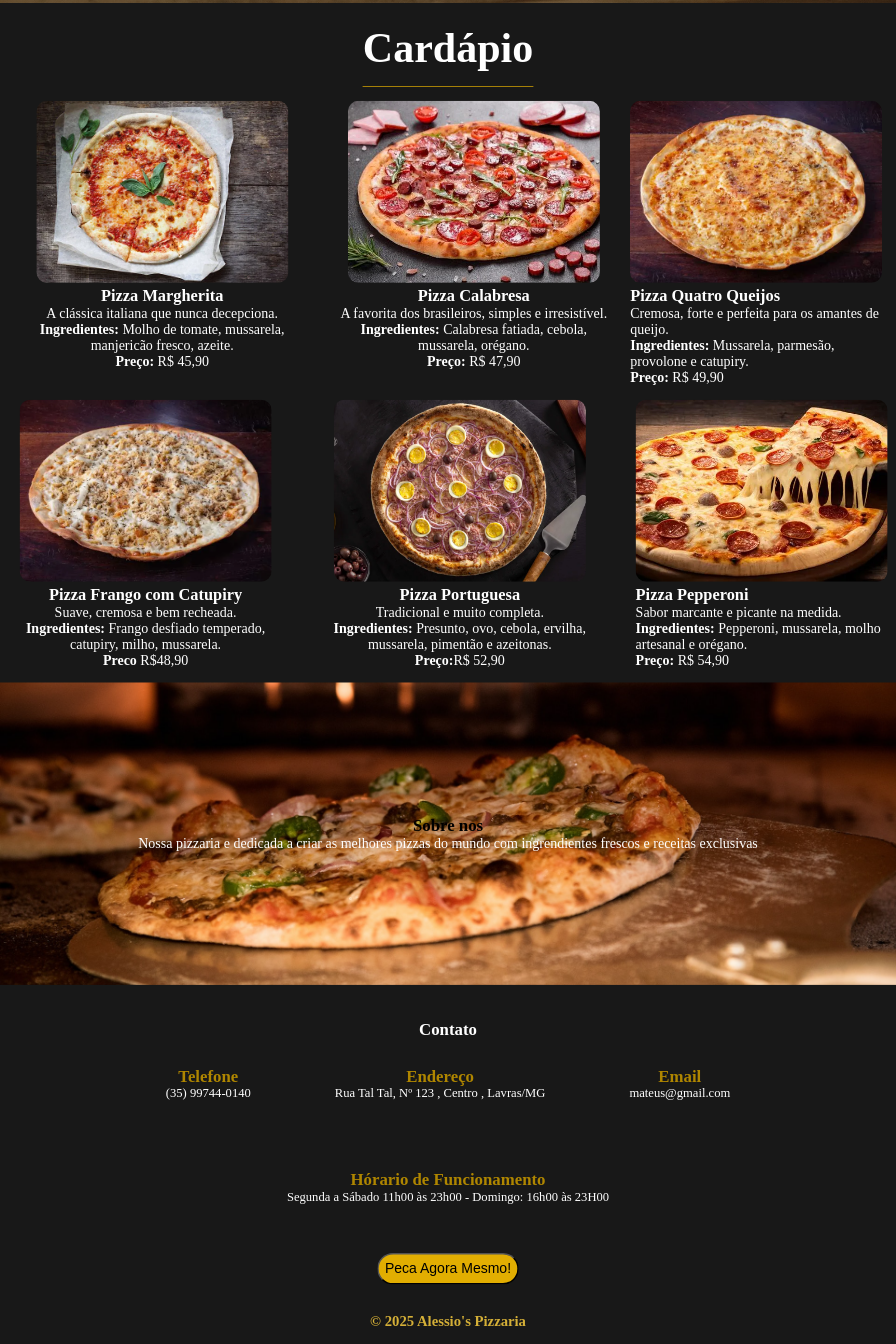
Repository: Mateushlp/landing-page-pizza
Page: index.html
The author's editor kept a copy of each file at every save. The page is drawn from the files as they stood at one save, then again after a run of saves.
The browser window is 1280 px wide. The pictures show the part of the page from y = 980 to 2900 px (the page is 2900 px tall), at 70% of full size.

Above is the page before, as saved 2026-05-03 11:33:31.

### index.html
<!DOCTYPE html>
<html lang="en">
<head>
    <meta charset="UTF-8">
    <meta name="viewport" content="width=device-width, initial-scale=1.0">
    <link rel="stylesheet" href="style.css">
    <title>Document</title>
</head>
<body>
    <header>
        <nav>
            <ul>
                <li> <a href="http://"> Home</li></a>
                <li> <a href="http://">Cardapio</li></a>
                <li> <a href="http://">Sobre Nos</li></a>
                <li> <a href="http://">Contato</li></a>
            </ul>
        </nav>
    </header>

    <section class="inicio">
        <div class="texto">
        <h1>Bem vindo à Alessio's</h1>
        <p>Saborosas pizzas feitas </p>
        <button class="btn1">Ver Cardapio</button>
        </div>
    </section>

    <section class="cardapio">
        <h2 class="cardapio1">Cardápio</h2>
    </section>

    <div class="prato">
        <div class="pratos1">
            <img src="./img/margherita-pizza.jpg" alt="">
            <h3>Pizza Margherita</h3>
            <p> A clássica italiana que nunca decepciona. <br>
          <strong>Ingredientes:</strong>  Molho de tomate, mussarela, manjericão fresco, azeite. <br>
        <strong>Preço:</strong> R$ 45,90
    </p>
        </div>
            <div class="pratos2">
                <img src="./img/3140217-pizza-calabresa.jpg" alt="">
                <h3>Pizza Calabresa</h3>
                <p>A favorita dos brasileiros, simples e irresistível. <br>
                <strong>Ingredientes:</strong> Calabresa fatiada, cebola, mussarela, orégano. <br>
                    <strong>Preço:</strong> R$ 47,90
            </p>
            </div>
                <div class="pratos3">
                    <img src="./img/Quatro-Queijos.jpg" alt="">
                    <h3>Pizza Quatro Queijos</h3>
                    <p>Cremosa, forte e perfeita para os amantes de queijo. <br>
                    <strong>Ingredientes:</strong>  Mussarela, parmesão, provolone e catupiry. <br>
                        <strong>Preço: </strong>R$ 49,90
                </p>
                </div>
                </div>

                <div class="prato2">
                <div class="pratos1">
                    <img src="./img/Frango-com-Catupiry-2.jpg" alt="">
                    <h3>Pizza Frango com Catupiry</h3>
                    <p>Suave, cremosa e bem recheada. <br>
                   <strong>Ingredientes:</strong> Frango desfiado temperado, catupiry, milho, mussarela. <br>
                   <strong>Preco </strong> R$48,90
                </p>
                </div>
                <div class="pratos2">
                    <img src="./img/pizza-portuguesa.jpg" alt="">
                    <h3>Pizza Portuguesa</h3>
                    <p>Tradicional e muito completa. <br>
                   <strong>Ingredientes:</strong>  Presunto, ovo, cebola, ervilha, mussarela, pimentão e azeitonas. <br>
                    <strong>Preço:</strong>R$ 52,90
                </p>
                </div>
                <div class="pratos3">
                    <img src="./img/the-pepperoni-pizza-and-a-piece-of-streched-cheese-pizza-with-ai-generated-free-photo.jpg" alt="">
                    <h3>Pizza Pepperoni</h3>
                    <p>Sabor marcante e picante na medida. <br>
                  <strong>Ingredientes:</strong>   Pepperoni, mussarela, molho artesanal e orégano. <br>
                <strong>Preço:</strong> R$ 54,90</p>

                </div>
                </div>
                </div>




    <section class="sobre">
        <div class="sobre1">
        <h2>Sobre nos</h2>
        <p>Nossa pizzaria e dedicada a criar as melhores pizzas do mundo com ingrendientes frescos e receitas exclusivas</p>
    </div>
    </section>

<section id="contato" class="contato">
    <h2>Contato</h2>

    <div class="contato-info">
        <div class="box">
            <h3>Telefone</h3>
            <p>(35) 99744-0140</p>
        </div>

        <div class="box">
            <h3>Endereço</h3>
            <p>Rua Tal Tal, Nº 123 , Centro , Lavras/MG</p>
        </div>

        <div class="box">
            <h3>Email</h3>
            <p>mateus@gmail.com</p>
        </div>
            <div class="box">
                <h3>Hórario de Funcionamento</h3>
                <p>Segunda a Sábado 11h00 às 23h00 - Domingo: 16h00 às 23H00</p>
            </div>
    </div>
</section>
        <div class="pedir">
        <button class="btn2">Peca Agora Mesmo!</button>
        </div>


    <footer>
        <h2>&copy; 2025 Alessio's Pizzaria</h2>
    </footer>

</body>
</html>

### style.css
*{
    margin:0;
    padding: 0;
    box-sizing: border-box;
}
body{
    background-color: #181818;

}

nav ul {
    display: flex;
    gap: 25px;
    list-style: none;
    justify-content: center;
    font-size: 25px;
    padding: 10px;
     background: linear-gradient(to bottom, rgb(00, 0, 0), rgba(0,0,0,0.9));
}

nav ul a{
    text-decoration: none;
    color: #fff;
    margin-top: 10px;
}

nav ul a:hover{
    border-radius: 20px;
    background-color: #00000;
    color: #af8600;
}

.inicio{
     background:
        linear-gradient(rgba(0,0,0,0.5), rgba(0,0,0,0.5)),
        url(./img/background-meio.jpg);
    background-size: cover;
    background-position: center;
    height: 130vh;
}

.texto{
    display: flex;
    flex-direction: column;
    align-items: center;
    color: #fff;
    padding-top: 7%;
    padding-left: 6%;
    font-size: 40px;
}
.texto p{
    font-family: 'Lucida Sans', 'Lucida Sans Regular', 'Lucida Grande', 'Lucida Sans Unicode', Geneva, Verdana, sans-serif;
    font-size: 30px;

}
.btn1{
 background-color: #e2ae01;
 border-radius: 20px;
 font-size: 20px;
 margin-top: 30px;
 padding: 9px;
 cursor:pointer;
}
.btn1:hover{
background-color:#181818;
color: #e2ae01;
}
.cardapio{
    text-align: center;
    padding: 10px;
    font-size: 40px;
    color:#fff;
}
.cardapio1{
    display: inline-block;
    border-bottom: 1px solid #e2ae01;
    padding-top: 20px;
    padding-bottom:20px
}
.prato{
    margin: 10px;
    display: flex;
    gap: 30px;
    font-size: 20px;
    margin-bottom: 20px;
    color:#fff;
}

.prato2{
    margin: 10px;
    display: flex;
    gap: 30px;
    font-size: 20px;
    margin-bottom: 20px;
    color:#fff;
}


.prato img,
.prato2 img {
    width: 50vh;
    height: 260px;
    object-fit: cover;
    border-radius: 15px;

}
.pratos1,
.pratos2 {
    border-radius:20px
    width: 35%;
    text-align: center;
}

.sobre{
    background-image: url(./img/background.jpg);
    background-size: cover;
    background-position: center;
    height: 60vh; /* AUMENTE a altura */
    display: flex;
    flex-direction: column;
    justify-content: center; /* deixa no meio certinho */
    align-items: center;
    text-align: center;
}
}
.sobre1{
    display: flex;
    align-items: center;
    padding-top: 40px;
    font-size: 30px;
    flex-direction: column;
    color: #fff;
}
.sobre1 p{
    font-size: 20px;
    color:#fff;
}

.contato {
    padding: 50px 0;
    text-align: center;
    color:#fff;
}

.contato-info {
    display: flex;
    justify-content: center;
    gap: 60px;
    margin-top: 20px;
    flex-wrap: wrap;
    color:#fff;
}

.contato-info .box {

    padding: 20px 30px;
    border-radius: 15px;
    color:#fff;

}

.contato-info h3 {
    font-size: 24px;
    color: #af8600;

}

.contato-info p {
    font-size: 18px;
    color:#fff;
}

.pedir{
    display: flex;
    justify-content: center;
    align-items: center;
    text-align: center;
}
.btn2{
     background-color: #e2ae01;
 border-radius: 30px;
 font-size: 20px;
 margin-bottom: 20px;
 padding: 9px;
 cursor:pointer;

}
footer{
      background-color: #181818;
      color: #d4af37;
  text-align: center;
  padding: 20px;
  font-size: 14px;
}

After the next 2 saves:
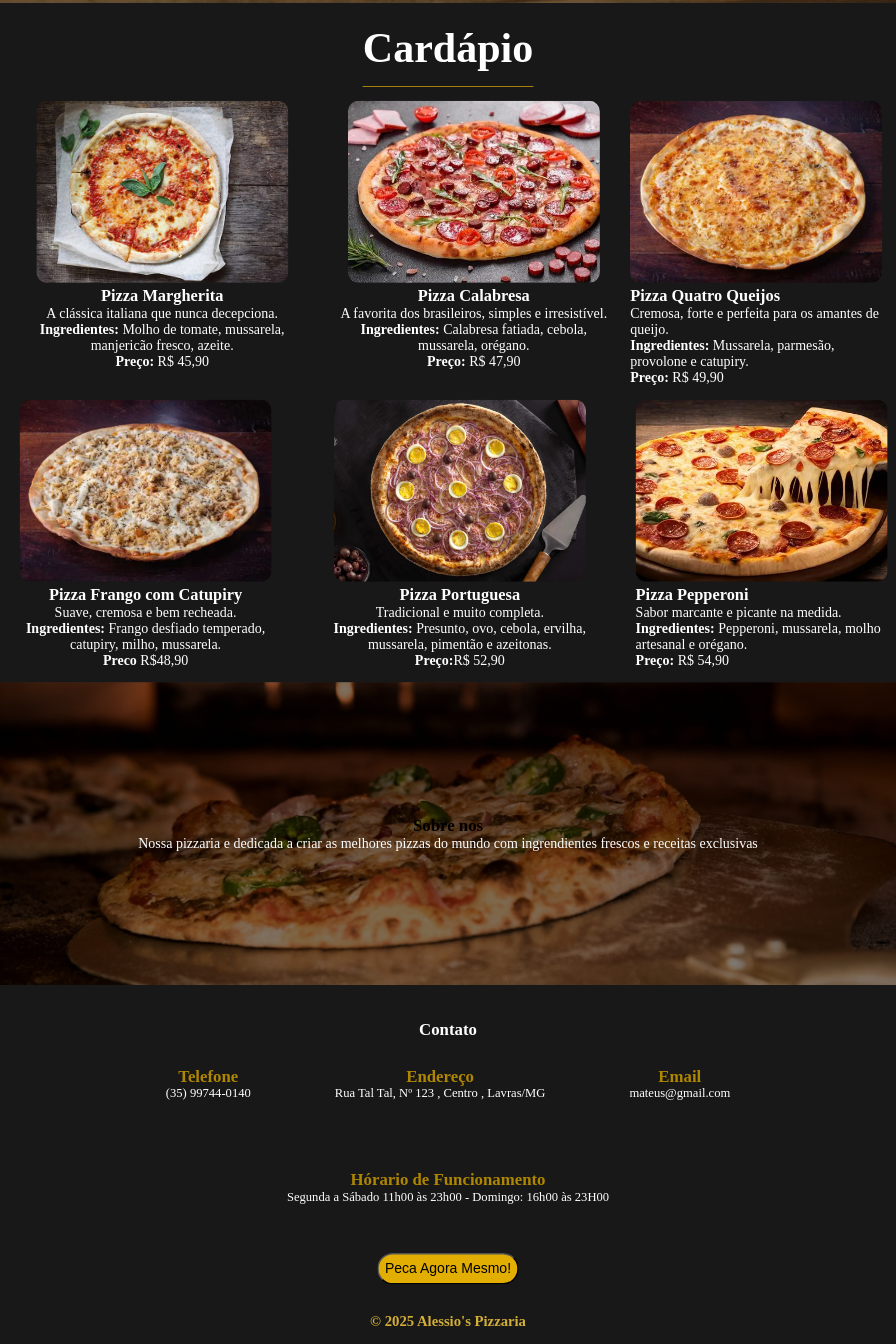
The 2 saves are shown as one change because they came seconds apart.
The last was saved 16 s later.
--- a/style.css
+++ b/style.css
@@ -112,7 +112,9 @@ color: #e2ae01;
 }
 
 .sobre{
-    background-image: url(./img/background.jpg);
+    background-image:
+    linear-gradient(rgba(0,0,0,0.5), rgba(0,0,0,0.5)),
+    url(./img/background.jpg);
     background-size: cover;
     background-position: center;
     height: 60vh; /* AUMENTE a altura */
